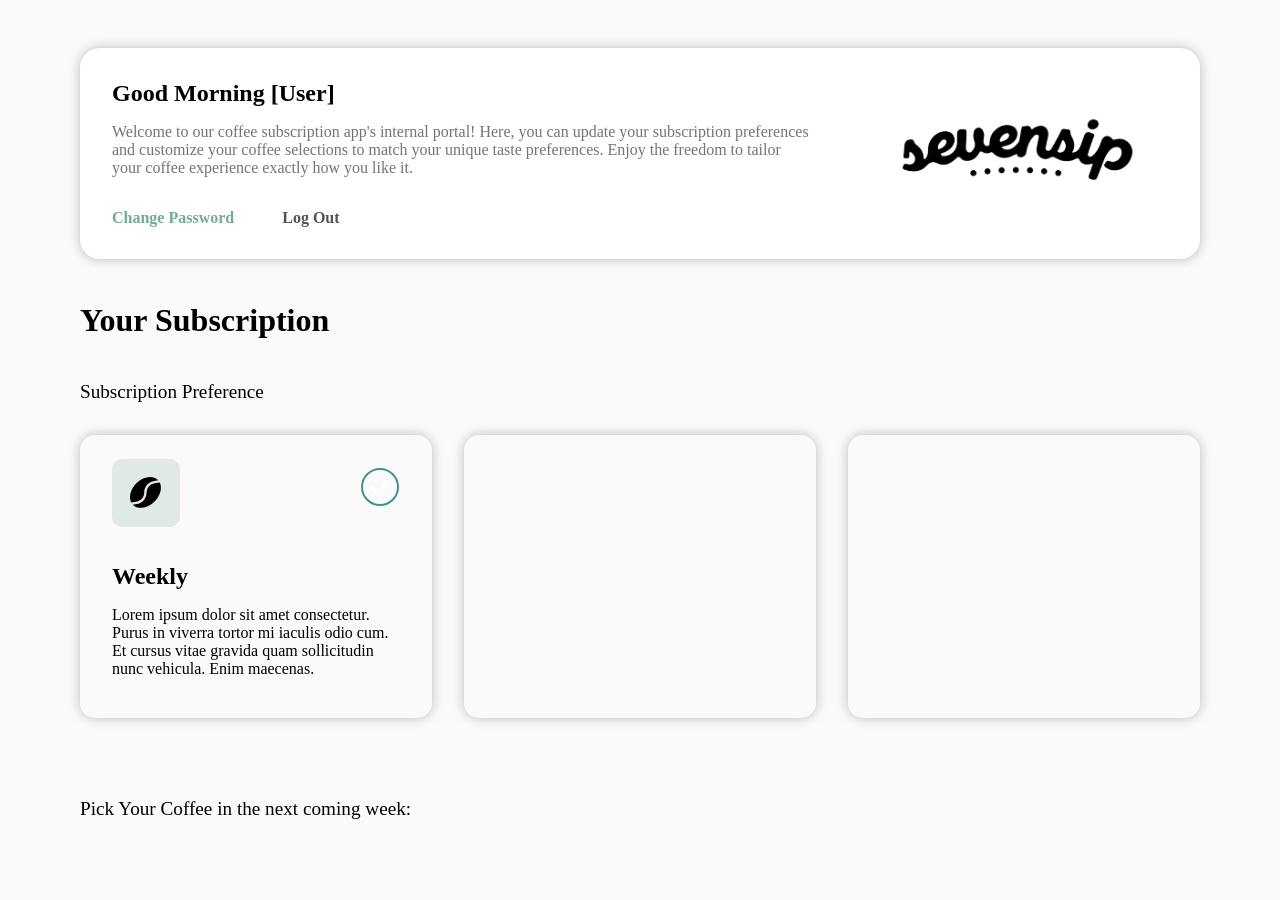
Repository: Haydenleung/COMP-4170-Final-Project
Page: http://localhost/main
An editor plug-in stored every save of this project. The page is shown before and after the next save, followed by the edit.
The browser window is 1280 px wide. The pictures show the whole page.
The page is served by the project's Node server (app.js).

Above is the page before, as saved 2024-03-22 18:18:17.

### views/main.ejs
<%- include('partials/header') %>


    <div class="main-container">
        <div class="main-subcontainer">
            <div class="main-welcome">
                <div class="main-greeting">
                    <h3>Good Morning [User]</h3>
                    <p>Welcome to our coffee subscription app's internal portal! Here, you can update your subscription
                        preferences and customize your coffee selections to match your unique taste preferences. Enjoy
                        the freedom to tailor your coffee experience exactly how you like it.</p>
                </div>
                <div class="main-feature">
                    <a href="/edit" class="mainbtn chnpassword">Change Password</a>
                    <a href="/" class="mainbtn logout">Log Out</a>
                </div>
            </div>
            <div class="main-logo-container">
                <img class="main-logo" src="/images/logo.png" alt="company logo" />
            </div>
        </div>
        <div class="main-content">
            <h4>Your Subscription</h4>
            <div class="subscribe-section">
                <h5>Subscription Preference</h5>
                <div class="subscribe-container">
                    <div class="sub-option">
                        <div class="tick">
                            <svg viewBox="0 0 100 100" xmlns="http://www.w3.org/2000/svg">
                                <circle cx="50" cy="50" r="45" fill="none" stroke="#429488" stroke-width="5" />
                            </svg>
                            <img class="sub-tick" src="/images/tick.svg" alt="icon" />
                        </div>
                        <img class="sub-icon" src="/images/week.svg" alt="icon" />
                        <div class="sub-title">Weekly</div>
                        <p class="sub-body">Lorem ipsum dolor sit amet consectetur. Purus in viverra tortor mi iaculis
                            odio cum. Et
                            cursus vitae gravida quam sollicitudin nunc vehicula. Enim maecenas.</p>
                    </div>
                    <div class="sub-option"></div>
                    <div class="sub-option"></div>
                </div>
            </div>
            <div class="coffee-section">
                <h5>Pick Your Coffee in the next coming week:</h5>
                <div></div>
            </div>
        </div>
    </div>

    <%- include('partials/footer') %>

### views/partials/header.ejs
<!DOCTYPE html>
<html lang="en">

<head>
    <meta charset="UTF-8" />
    <meta http-equiv="X-UA-Compatible" content="IE=edge" />
    <meta name="viewport" content="width=device-width, initial-scale=1.0" />
    <link rel="stylesheet" href="styles/main.css" />
    <title>Subscriber Portal</title>
</head>

<body>
    <main>

### app.js
import express from "express";
import pg from "pg";

const app = express();
const port = 3000;

app.set('view engine', 'ejs');

app.use(express.urlencoded({ extended: true }));
app.use(express.static("public"));

app.get("/", (req, res) => {
    res.render("index.ejs");
});

app.get("/register", (req, res) => {
    res.render("register.ejs");
});

app.get("/main", (req, res) => {
    res.render("main.ejs");
});

app.listen(port, () => {
    console.log(`Server running on port ${port}`);
});

### public/styles/main.css
* {
    box-sizing: border-box;
    font-family: "Montserrat";
}

html {
    background-color: #FAFAFA;
    height: 100vh;
    padding: 0;
    margin: 0;
}

body {
    display: flex;
    flex-direction: column;
    padding: 0;
    margin: 0;
    height: 100%;
}

main {
    display: flex;
    flex-grow: 1;
}

.home {
    display: flex;
    flex-direction: row;
    height: 100%;
    width: 100%;
}

.photo {
    object-fit: cover;
    width: 100%;
    height: 100%;
    border-radius: 0 20px 20px 0;
}

.home-photo {
    height: 100%;
    flex-grow: 1;
    overflow: hidden;
}

.home-login {
    min-width: 40rem;
    display: flex;
    flex-direction: column;
    justify-content: center;
    align-items: center;
}

.login-container {
    width: 100%;
    height: 100%;
    display: flex;
    flex-direction: column;
    justify-content: center;
    align-items: center;
    padding: 1rem 8rem;
}

.logo {
    width: 10rem;
    margin-bottom: 4rem;
}

.form-container {
    display: flex;
    flex-direction: column;
    align-items: center;
    /* background-color: grey; */
    width: 100%;
    margin-bottom: 1.5rem;
}

h3 {
    font-size: 1.5em;
}

.form-title {
    text-align: center;
    margin-bottom: 3rem;
}

.form-main {
    width: 100%;
    display: flex;
    flex-direction: column;
    align-items: center;
    gap: 1.5rem;
}

.login-form {
    width: 100%;
}

.login-button {
    width: 100%;
    display: flex;
    flex-direction: column;
    gap: 1.5rem;
    margin-top: 2rem;
}

.forminput {
    width: 100%;
    height: 3rem;
    background-color: transparent;
    border: none;
    border-bottom: 1px solid black;
    padding: 1rem;
    font-size: 1em;
}

.forminput:focus {
    outline: none;
}

.submitbtn,
.regbtn {
    width: 100%;
    height: 3rem;
    border-radius: 6px;
    border: none;
    font-size: 1em;
    font-weight: 600;
    color: white;
    cursor: pointer;
    text-decoration: none;
    display: flex;
    justify-content: center;
    align-items: center;
}

.submitbtn {
    background-color: #73AC92;
}

.regbtn {
    background-color: #969696
}

.regisblue {
    background-color: #3EA1DB;
}

/* Main */

.main-container {
    width: 100%;
    display: flex;
    flex-direction: column;
    align-items: center;
    padding: 3rem 5rem;
}

.main-subcontainer {
    width: 100%;
    background-color: white;
    border-radius: 15pt;
    box-shadow: 0 0 12px rgba(0, 0, 0, 0.25);
    display: flex;
    flex-direction: row;
    padding: 2rem;
    justify-content: center;
    align-items: center;
    gap: 5%;
}

.main-welcome {
    flex-grow: 1;
    display: flex;
    flex-direction: column;
    justify-content: center;
    width: 100%;
    height: 100%;
    gap: 1rem;
}


.main-greeting>p {
    color: #747474;
    font-weight: 500;
}

.mainbtn {
    text-decoration: none;
    font-weight: 600;
}

.mainbtn:hover {
    text-decoration: underline;
    text-underline-offset: 8px;
}

.chnpassword {
    color: #73AC92;
}

.logout {
    color: #545454;
}

.main-feature {
    display: flex;
    flex-direction: row;
    gap: 3rem;
}

.main-logo-container {
    padding: 2rem;
    width: 40%;
}

.main-logo {
    width: 100%;
}

.main-content {
    width: 100%;
}

.subscribe-section {
    width: 100%;
    margin-bottom: 5rem;
}

.subscribe-container {
    display: grid;
    grid-template-columns: 1fr 1fr 1fr;
    gap: 2rem;
}

.sub-option {
    min-height: 12rem;
    box-shadow: 0 0 12px rgba(0, 0, 0, 0.25);
    border-radius: 15px;
    padding: 1.5rem 2rem;
    position: relative;
}

.sub-icon {
    margin-bottom: 2rem;
}

.tick {
    position: absolute;
    right: 2rem;
    top: 2rem;
    width: 2.5rem;
    display: flex;
    justify-content: center;
    align-items: center;
}

.sub-tick {
    position: absolute;
}

.sub-title {
    font-size: 1.5em;
    font-weight: 600;
    margin-bottom: 1rem;
}

h3 {
    margin: 0;
}

h4 {
    font-size: 2em;
}

h5 {
    font-size: 1.2em;
    font-weight: 400;
}

### public/images/tick.svg
<svg width="21" height="17" viewBox="0 0 21 17" fill="none" xmlns="http://www.w3.org/2000/svg">
<path d="M17.9361 0L8.31387 11.7368L2.625 6.47746L0 8.90603L8.74863 17L21 2.42857L17.9361 0Z" fill="white"/>
</svg>

### public/images/week.svg
<svg width="68" height="68" viewBox="0 0 68 68" fill="none" xmlns="http://www.w3.org/2000/svg">
<rect width="68" height="68" rx="10" fill="#73AC92" fill-opacity="0.2"/>
<path d="M24.2499 42.7501C26.4672 42.4209 28.4921 41.3054 29.9554 39.6073C31.4186 37.9092 32.2225 35.7416 32.2203 33.5001C32.2315 30.6863 33.2522 27.9699 35.0969 25.8452C36.9416 23.7204 39.4877 22.3283 42.272 21.9221L46.2649 21.3517C46.157 21.2284 46.0645 21.1051 45.9412 20.9817C40.9153 15.9559 31.2645 17.4667 24.3578 24.3426C18.5149 30.2626 16.5416 38.1251 19.2549 43.4592L24.2499 42.7501Z" fill="black"/>
<path d="M34.6256 33.5C34.6155 36.3133 33.5975 39.0298 31.7562 41.1568C29.9149 43.2838 27.3722 44.6804 24.5894 45.0933L20.7969 45.6329L21.0281 45.895C26.054 50.9208 35.7048 49.4254 42.6115 42.5496C48.4235 36.7529 50.4585 28.875 47.7606 23.6179L42.6115 24.3579C40.4084 24.678 38.3924 25.7754 36.9278 27.4521C35.4632 29.1287 34.6467 31.2739 34.6256 33.5Z" fill="black"/>
</svg>

Loaded but not shown: views/partials/footer.ejs (common file)

After the next save:
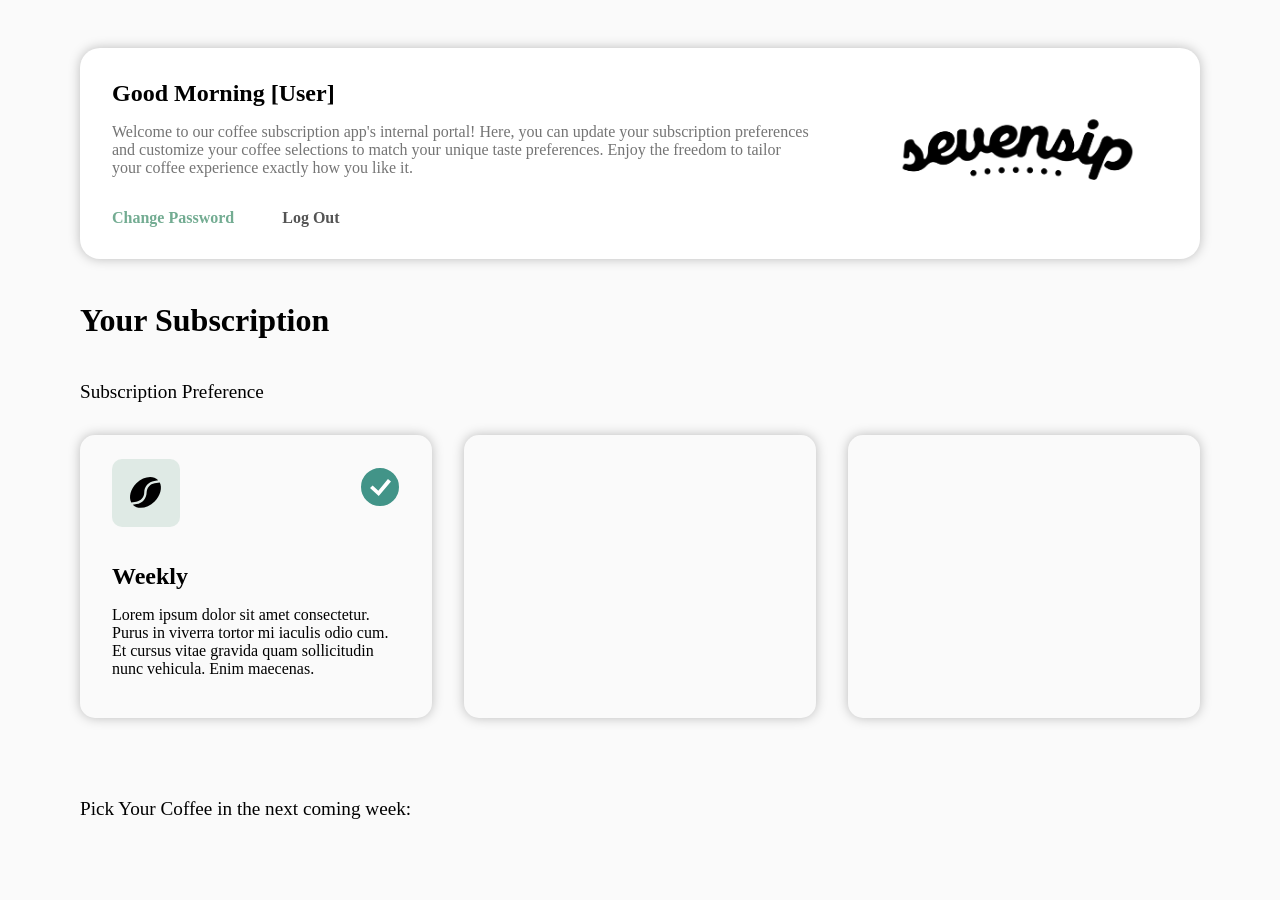
Saved 6 s later.
--- a/views/main.ejs
+++ b/views/main.ejs
@@ -27,7 +27,7 @@
                     <div class="sub-option">
                         <div class="tick">
                             <svg viewBox="0 0 100 100" xmlns="http://www.w3.org/2000/svg">
-                                <circle cx="50" cy="50" r="45" fill="none" stroke="#429488" stroke-width="5" />
+                                <circle cx="50" cy="50" r="45" fill="#429488" stroke="#429488" stroke-width="5" />
                             </svg>
                             <img class="sub-tick" src="/images/tick.svg" alt="icon" />
                         </div>
